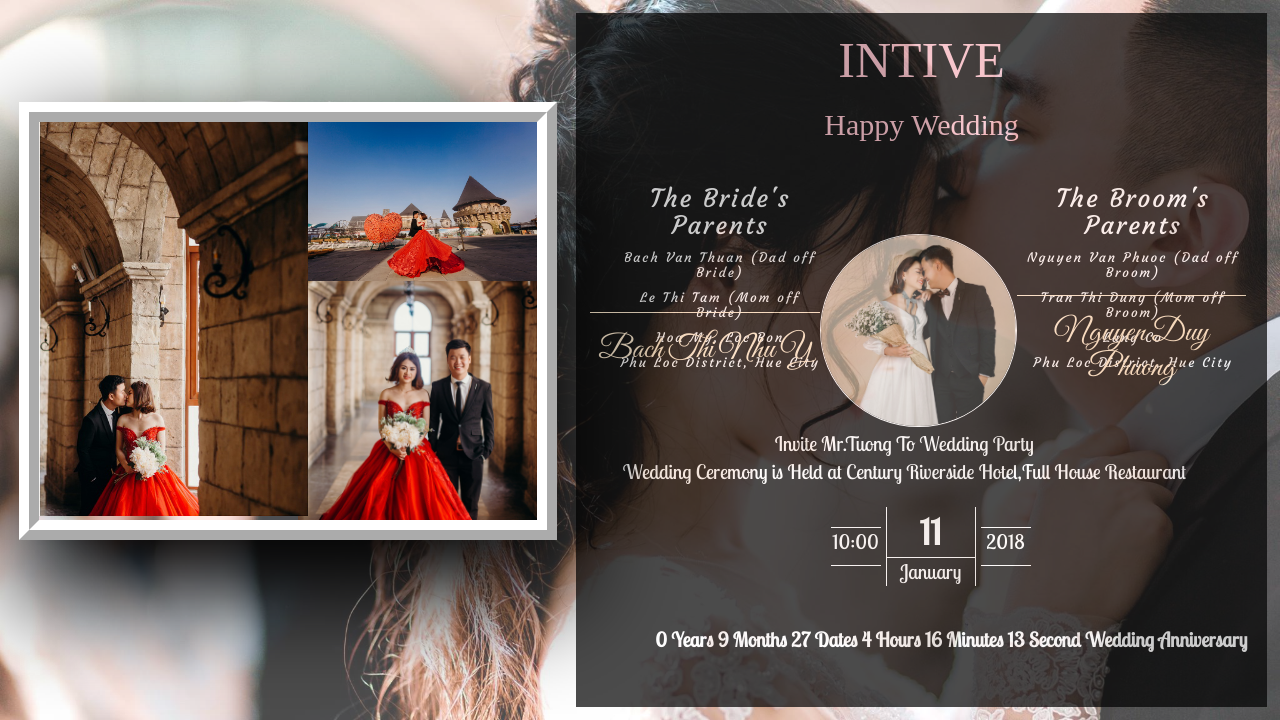
Repository: nguyenhuutuong999/WeddingOfSister
Page: index.html
The author's editor kept a copy of each file at every save. The page is drawn from the files as they stood at one save, then again after the next save.
The browser window is 1280 px wide. The pictures show the whole page.
Some web fonts or font styles are not loaded; a fallback is used.

Above is the page before, as saved 2019-09-17 21:11:43.

### index.html
<!doctype html>
<html>

<head>
    <meta charset="utf-8">
    <meta name="viewport" content="width=device-width, initial-scale=1">
    <title>Wedding</title>

    <!-- Latest compiled and minified CSS & JS -->

    <link rel="stylesheet" href="./style.css">


    <!-- Latest compiled and minified CSS & JS -->
    <link rel="stylesheet" media="screen" href="//netdna.bootstrapcdn.com/bootstrap/3.3.4/css/bootstrap.min.css">
    <script src="//code.jquery.com/jquery.js"></script>
    <script src="//netdna.bootstrapcdn.com/bootstrap/3.3.4/js/bootstrap.min.js"></script>

    <link rel="stylesheet" href="./animate.css">
    <script type="text/javascript" src="./wow.min.js"></script>
    <script>
        new WOW().init();
    </script>

</head>


<body>
    <div id="container">
        <div id="opacity-background"></div>

        <div id="album">
            <img id="vh" name="image_vh" src="./images/vh1.jpg" class="wow fadeInLeft" data-wow-duration="1s">
            <img id="hh" name="image_hh" src="./images/hh1.jpg" class="wow fadeInRight" data-wow-duration="1s">
            <img id="s" name="image_s" src="./images/s1.jpg" class="wow fadeInUp" data-wow-duration="1s">
        </div>
        <div id="content">
            <h1 id="invite">INTIVE</h1>
            <h2 id="happy">Happy Wedding</h2>
            <div id="infor">
                <div id="bride" class="wedding">
                    <!-- // <label>Le Thi Thanh Ngan</label> -->
                    <h3>The Bride's Parents</h3>
                    <p>Bach Van Thuan (Dad off Bride)</p>
                    <p>Le Thi Tam (Mom off Bride)</p>
                    <p>Hoa My, Loc Bon</p>
                    <p>Phu Loc District, Hue City</p>

                </div>
                <div id="broom" class="wedding">
                    <!--  -->
                    <h3>The Broom's Parents</h3>
                    <p>Nguyen Van Phuoc (Dad off Broom)</p>
                    <p>Tran Thi Dung (Mom off Broom)</p>
                    <p>Lang Co</p>
                    <p>Phu Loc District, Hue City</p>

                </div>
                <!-- <canvas id="myCanvas" width="470" height="300"></canvas> -->

            </div>
            <div id="colorful">
                <h2 style="margin-left: 0px;" class="name">Bach Thi Nhu Y</h2>
                <img name="image_s" id="radius" src="./images/s1.jpg" class="wow zoomIn" data-wow-duration="1s" />
                <h2 style="margin-left: 0px;" class="name">Nguyen Duy Phuong</h2>
            </div>
            <div id="desc">
                <div style="color: white; position: relative; margin-top: 44%;">Invite Mr.Tuong To Wedding Party</div>
                <div id="place">Wedding Ceremony is Held at Century Riverside Hotel,Full House Restaurant</div>
                <div id="time">
                    <div id="hour" class="border1">10:00</div>
                    <div id="day-month">
                        <div id="day">11</div>
                        <div id="month">January</div>
                    </div>
                    <div id="year" class="border1">2018</div>
                </div>

            </div>
            <p id="countDown"></p>
        </div>

</body>

</html>
<script type="text/javascript">
    window.onload = function () {

        setTimeout("switchImageVH()", 5000);
        setTimeout("switchImageS()", 5000);
        setTimeout("switchImageHH()", 5000);
    }
    var current_vh = 1;
    var num_image_vh = 7;

    var current_s = 1;
    var num_image_s = 7

    var current_hh = 1;
    var num_image_hh = 7;

    function switchImageVH() {
        current_vh++;
        document.images['image_vh'].src = './images/vh' + current_vh + '.jpg';

        if (current_vh < num_image_vh) {
            setTimeout("switchImageVH()", 5000);

        } else if (current_vh == num_image_vh) {

            current_vh = 1;
            setTimeout("switchImageVH()", 5000);
        }


    }
    function switchImageS() {
        current_s++;
        document.images['image_s'].src = './images/s' + current_s + '.jpg';

        if (current_s < num_image_s) {
            setTimeout("switchImageS()", 5000);

        } else if (current_s == num_image_s) {
            current_s = 1;
            setTimeout("switchImageS()", 5000);
        }
    }
    function switchImageHH() {
        current_hh++;
        document.images['image_hh'].src = './images/hh' + current_hh + '.jpg';

        if (current_hh < num_image_s) {
            setTimeout("switchImageHH()", 5000);

        } else if (current_hh == num_image_s) {
            current_hh = 1;
            setTimeout("switchImageHH()", 5000);
        }
    }

    var dateWedding = {
        year: 2018,
        month: 3,
        date: 11,
        hour: 9,
        minutes: 59,
        second: 59,
    }
    var dateAnniver = {
        year: 2018,
        month: 11,
        date: 20,
        hour: 24,
        minutes: 00,
        second: 00,
    }

    setInterval(function () {
        var today = new Date();
            if(today.getFullYear() - dateWedding.year < 0){
                if (today.getDate() - dateWedding.date >= 0) {
                    if (today.getMonth() + 1 - dateWedding.month >= 0) {
                        var date = (today.getFullYear() - dateWedding.year+1) + " Years " + (12-(today.getMonth() + 1 - dateWedding.month)-1) + " Months " + (30-(today.getDate() - dateWedding.date)) + " Dates " + Math.abs((dateWedding.hour - today.getHours())) + " Hours " + Math.abs((today.getMinutes() - dateWedding.minutes)) + " Minutes " + (Math.abs(today.getSeconds() - dateWedding.second) + " Second Wedding Anniversary");
                        console.log("a")
                    }
                }
                else if (today.getDate() - dateWedding.date < 0) {
                    if (today.getMonth() + 1 - dateWedding.month >= 0) {
                        var date = ((today.getFullYear() - dateWedding.year+1)) + " Years " + (12-(today.getMonth()+1 - dateWedding.month)) + " Months " + Math.abs((today.getDate() - dateWedding.date)) + " Dates " + Math.abs((dateWedding.hour - today.getHours())) + " Hours " + Math.abs((today.getMinutes() - dateWedding.minutes)) + " Minutes " + (Math.abs(today.getSeconds() - dateWedding.second) + " Second Wedding Anniversary");
                        console.log("c")
                    }
                }
            }

            if(today.getFullYear() - dateWedding.year < 0){
                if (today.getMonth() + 1 - dateWedding.month >= 0) {
                if (today.getDate() - dateWedding.date >= 0) {

                        var date = (today.getFullYear() - dateWedding.year+1) + " Years " + (12-(today.getMonth() + 1 - dateWedding.month)-1) + " Months " + (30-(today.getDate() - dateWedding.date)) + " Dates " + Math.abs((dateWedding.hour - today.getHours())) + " Hours " + Math.abs((today.getMinutes() - dateWedding.minutes)) + " Minutes " + (Math.abs(today.getSeconds() - dateWedding.second) + " Second Wedding Anniversary");
                        console.log("a")
                    }
                }
                else if (today.getMonth() + 1 - dateWedding.month >= 0) {
                if (today.getDate() - dateWedding.date < 0) {

                        var date = ((today.getFullYear() - dateWedding.year+1)) + " Years " + (12-(today.getMonth()+1 - dateWedding.month)) + " Months " + Math.abs((today.getDate() - dateWedding.date)) + " Dates " + Math.abs((dateWedding.hour - today.getHours())) + " Hours " + Math.abs((today.getMinutes() - dateWedding.minutes)) + " Minutes " + (Math.abs(today.getSeconds() - dateWedding.second) + " Second Wedding Anniversary");
                        console.log("c")
                    }
                }
            }

            if (today.getFullYear() - dateAnniver.year > 0) {
                if (today.getDate() - dateAnniver.date >= 0) {
                    if (today.getMonth() + 1 - dateAnniver.month >= 0) {
                        var date = (today.getFullYear() - dateAnniver.year) + " Years " + (today.getMonth() + 1 - dateAnniver.month) + " Months " + (today.getDate() - dateAnniver.date) + " Dates " + (dateAnniver.hour - today.getHours()) + " Hours " + (today.getMinutes() - dateAnniver.minutes) + " Minutes " + (today.getSeconds() - dateAnniver.second + " Second Wedding Anniversary");

                    } else {
                        var date = ((today.getFullYear() - dateAnniver.year) - 1) + " Years " + (12 + (today.getMonth() - dateAnniver.month + 1)) + " Months " + (today.getDate() - dateAnniver.date) + " Dates " + (dateAnniver.hour - today.getHours()) + " Hours " + (today.getMinutes() - dateAnniver.minutes) + " Minutes " + (today.getSeconds() - dateAnniver.second + " Second Wedding Anniversary");
                    }
                }

                else if (today.getDate() - dateAnniver.date < 0) {
                    if (today.getMonth() + 1 - dateAnniver.month >= 0) {
                        var date = ((today.getFullYear() - dateAnniver.year)) + " Years " + (today.getMonth() - dateAnniver.month) + " Months " + (30 + today.getDate() - dateAnniver.date) + " Dates " + (dateAnniver.hour - today.getHours()) + " Hours " + (today.getMinutes() - dateAnniver.minutes) + " Minutes " + (today.getSeconds() - dateAnniver.second + " Second Wedding Anniversary");

                    }
                    else{
                        var date = ((today.getFullYear() - dateAnniver.year) - 1) + " Years " + (12 + (today.getMonth() - dateAnniver.month)) + " Months " + (30 + today.getDate() - dateAnniver.date) + " Dates " + (dateAnniver.hour - today.getHours()) + " Hours " + (today.getMinutes() - dateAnniver.minutes) + " Minutes " + (today.getSeconds() - dateAnniver.second + " Second Wedding Anniversary");
                    }
                }
            }

        document.getElementById("countDown").innerHTML = date;
    }, 1000);



    // var canvas = document.getElementById('myCanvas');
    // var context = canvas.getContext('2d');

    // // Xác đinh tâm là trọng tâm của Canvas
    // var x = canvas.width / 2;
    // var y = canvas.height / 2;

    // // bán kính 75px
    // var radius = 130;

    // // Góc bắt đầu là 1.1PI
    // var startAngle = 1.1 * Math.PI;

    // // Góc kết thúc là 1.9PI
    // var endAngle = 1.9 * Math.PI;

    // // Cùng chiều kim đồng hồ
    // var counterClockwise = false;

    // // Vẽ đường cung
    // context.beginPath();
    // context.arc(x, y, radius, startAngle, endAngle, counterClockwise);
    // context.lineWidth = 1.5;

    // // line color
    // context.strokeStyle = 'blanchedalmond';
    // context.stroke();


</script>

Loaded but not shown: animate.css (library); wow.min.js (library); style.css (523 lines, source omitted)

After the next save:
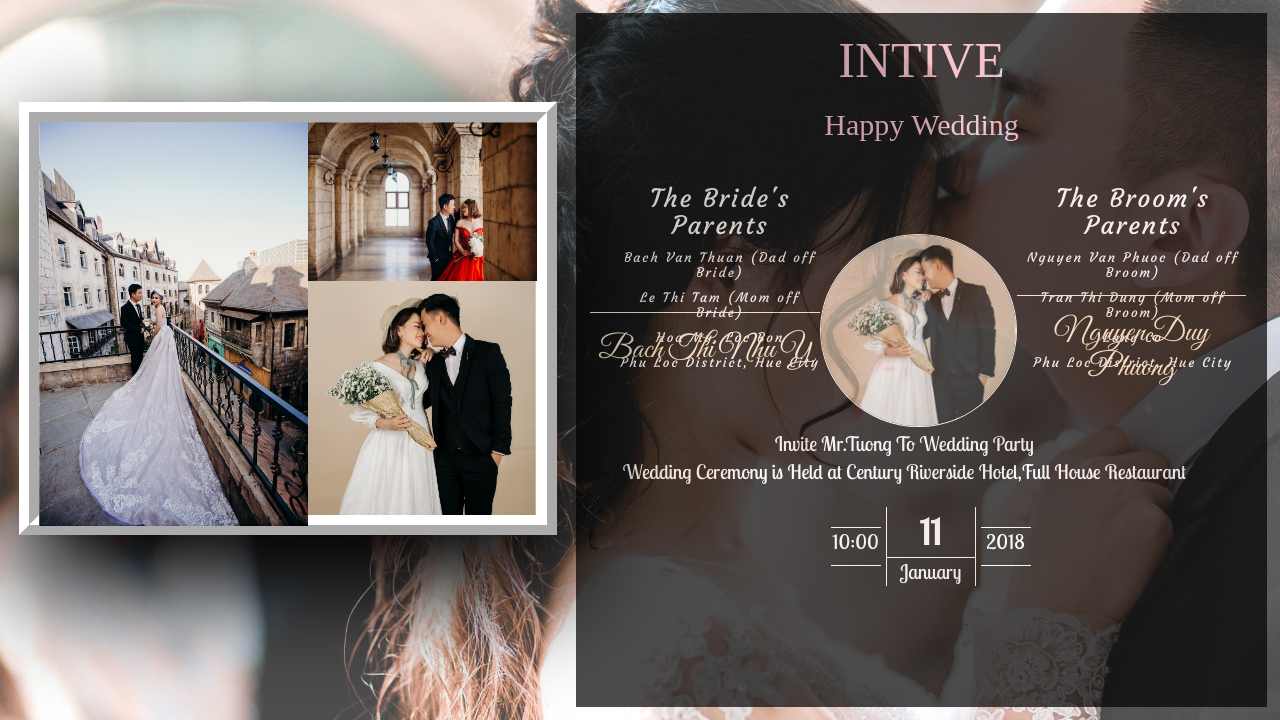
Console error: SyntaxError: missing ) after argument list
Saved 32 s later.
--- a/index.html
+++ b/index.html
@@ -180,9 +180,8 @@
                         var date = (today.getFullYear() - dateWedding.year+1) + " Years " + (12-(today.getMonth() + 1 - dateWedding.month)-1) + " Months " + (30-(today.getDate() - dateWedding.date)) + " Dates " + Math.abs((dateWedding.hour - today.getHours())) + " Hours " + Math.abs((today.getMinutes() - dateWedding.minutes)) + " Minutes " + (Math.abs(today.getSeconds() - dateWedding.second) + " Second Wedding Anniversary");
                         console.log("a")
                     }
-                }
-                else if (today.getMonth() + 1 - dateWedding.month >= 0) {
-                if (today.getDate() - dateWedding.date < 0) {
+
+                else
 
                         var date = ((today.getFullYear() - dateWedding.year+1)) + " Years " + (12-(today.getMonth()+1 - dateWedding.month)) + " Months " + Math.abs((today.getDate() - dateWedding.date)) + " Dates " + Math.abs((dateWedding.hour - today.getHours())) + " Hours " + Math.abs((today.getMinutes() - dateWedding.minutes)) + " Minutes " + (Math.abs(today.getSeconds() - dateWedding.second) + " Second Wedding Anniversary");
                         console.log("c")

After the 4 saves that followed:
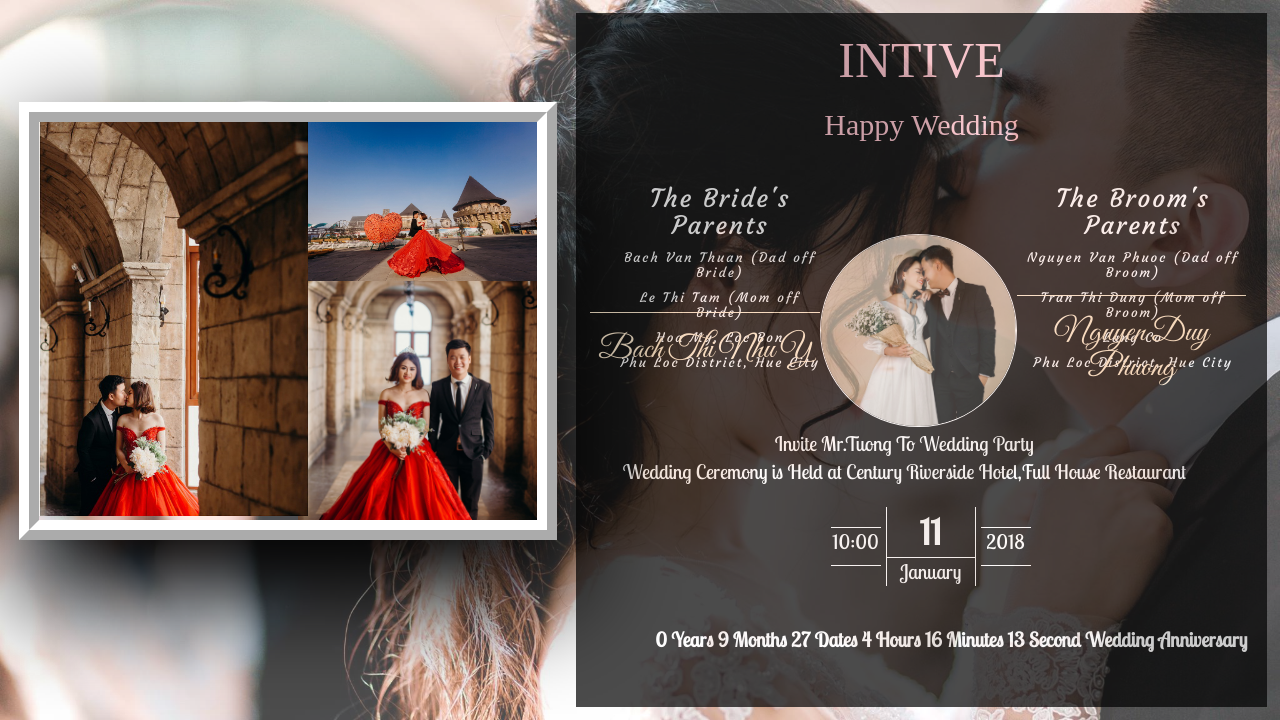
The error is gone.
The 4 saves are shown as one change because 2 left the picture as it was and some came seconds apart.
The last was saved 19 s later.
--- a/index.html
+++ b/index.html
@@ -176,14 +176,11 @@
             if(today.getFullYear() - dateWedding.year < 0){
                 if (today.getMonth() + 1 - dateWedding.month >= 0) {
                 if (today.getDate() - dateWedding.date >= 0) {
-
                         var date = (today.getFullYear() - dateWedding.year+1) + " Years " + (12-(today.getMonth() + 1 - dateWedding.month)-1) + " Months " + (30-(today.getDate() - dateWedding.date)) + " Dates " + Math.abs((dateWedding.hour - today.getHours())) + " Hours " + Math.abs((today.getMinutes() - dateWedding.minutes)) + " Minutes " + (Math.abs(today.getSeconds() - dateWedding.second) + " Second Wedding Anniversary");
                         console.log("a")
                     }
-
-                else
-
-                        var date = ((today.getFullYear() - dateWedding.year+1)) + " Years " + (12-(today.getMonth()+1 - dateWedding.month)) + " Months " + Math.abs((today.getDate() - dateWedding.date)) + " Dates " + Math.abs((dateWedding.hour - today.getHours())) + " Hours " + Math.abs((today.getMinutes() - dateWedding.minutes)) + " Minutes " + (Math.abs(today.getSeconds() - dateWedding.second) + " Second Wedding Anniversary");
+                else   {
+                     var date = ((today.getFullYear() - dateWedding.year+1)) + " Years " + (12-(today.getMonth()+1 - dateWedding.month)) + " Months " + Math.abs((today.getDate() - dateWedding.date)) + " Dates " + Math.abs((dateWedding.hour - today.getHours())) + " Hours " + Math.abs((today.getMinutes() - dateWedding.minutes)) + " Minutes " + (Math.abs(today.getSeconds() - dateWedding.second) + " Second Wedding Anniversary");
                         console.log("c")
                     }
                 }
